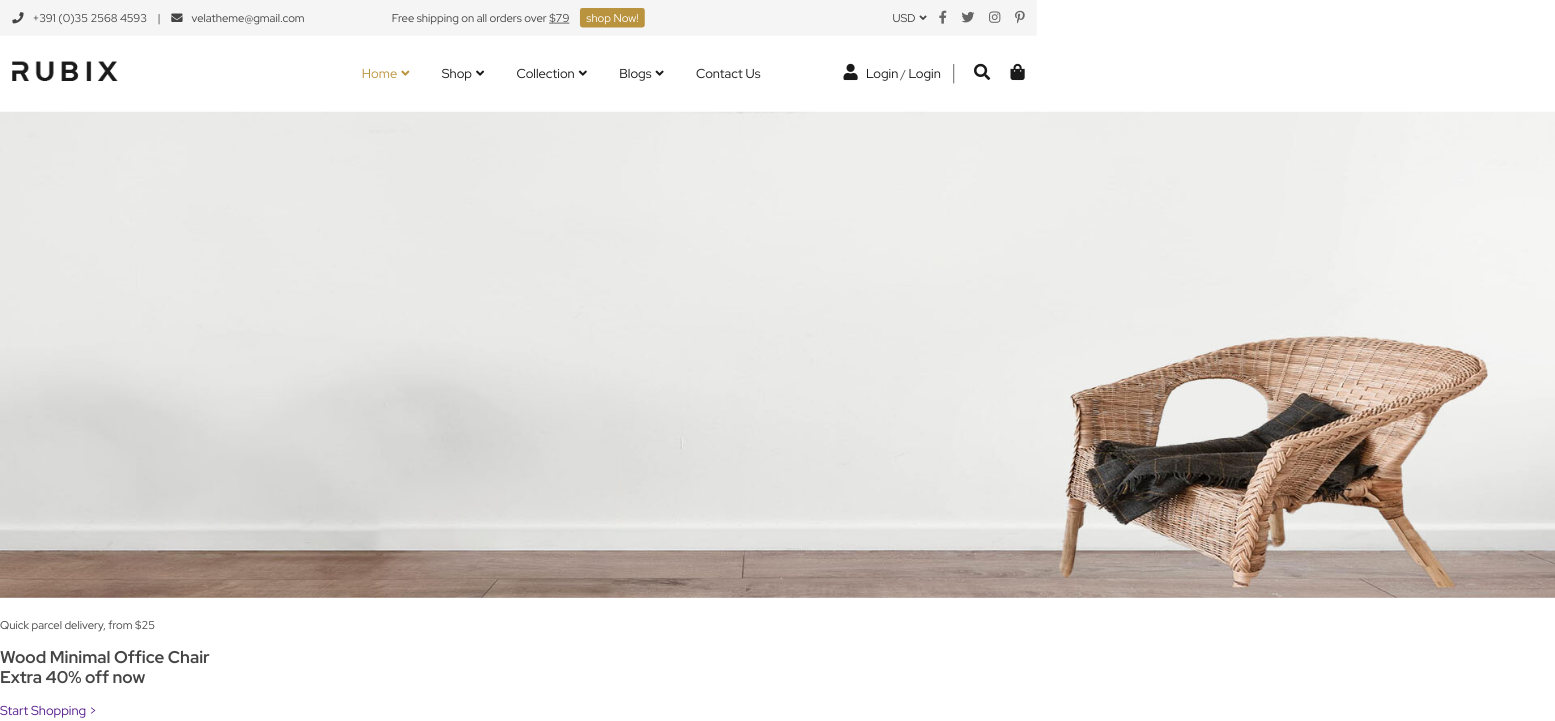
Repository: ldminh95/Gin-velademo
Page: index.html
An editor plug-in stored every save of this project. The page is shown before and after the next save, followed by the edit.
The browser window is 1280 px wide. The page is 1920 px wide, then 1280 px, so the pictures cover 1920 px, including what lies to the right of the window. The pictures show the whole page, at 81% of full size.
The style sheet was rebuilt from its Sass, Less or Tailwind sources for each picture, by a compiler version that may differ from the author's.

Above is the page before, as saved 2023-05-28 10:11:53.

After the next save:
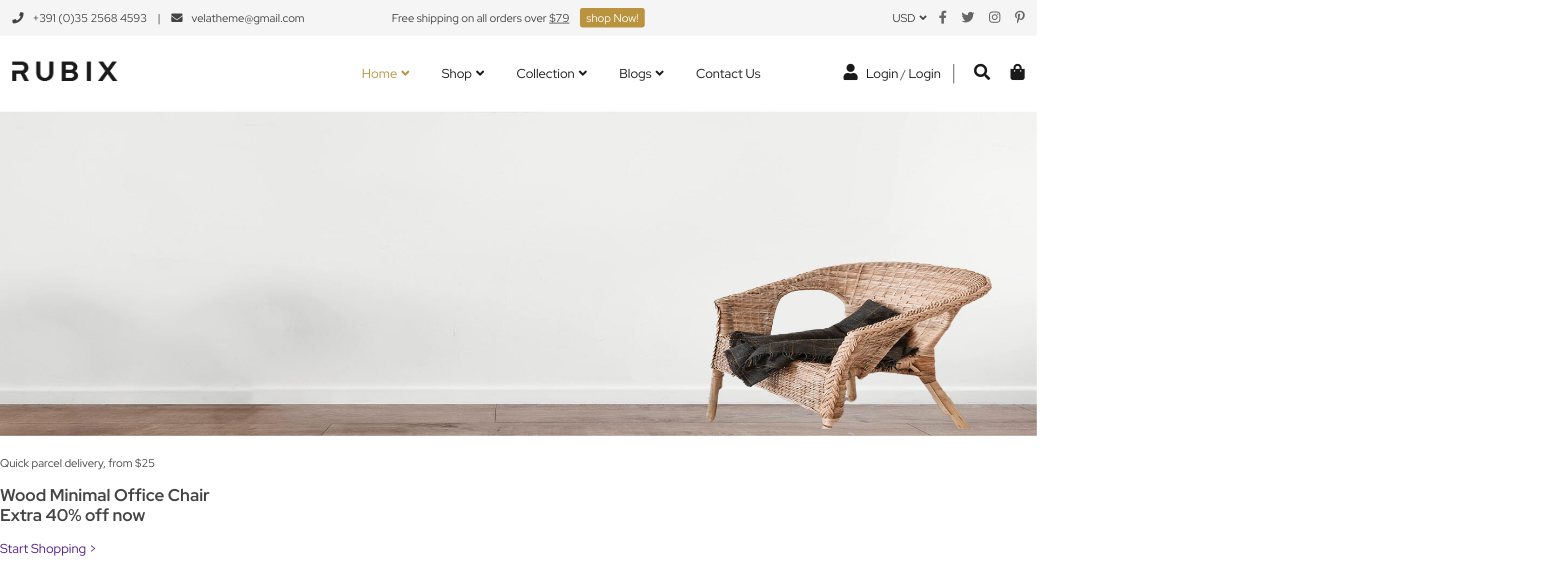
Saved 21 s later.
--- a/css/base.css
+++ b/css/base.css
@@ -29,6 +29,9 @@ ul {
     padding: 0;
     margin: 0;
 }
+img {
+    max-width: 100%;
+}
 .box_flex {
     display: -webkit-flex;
     display: flex;
